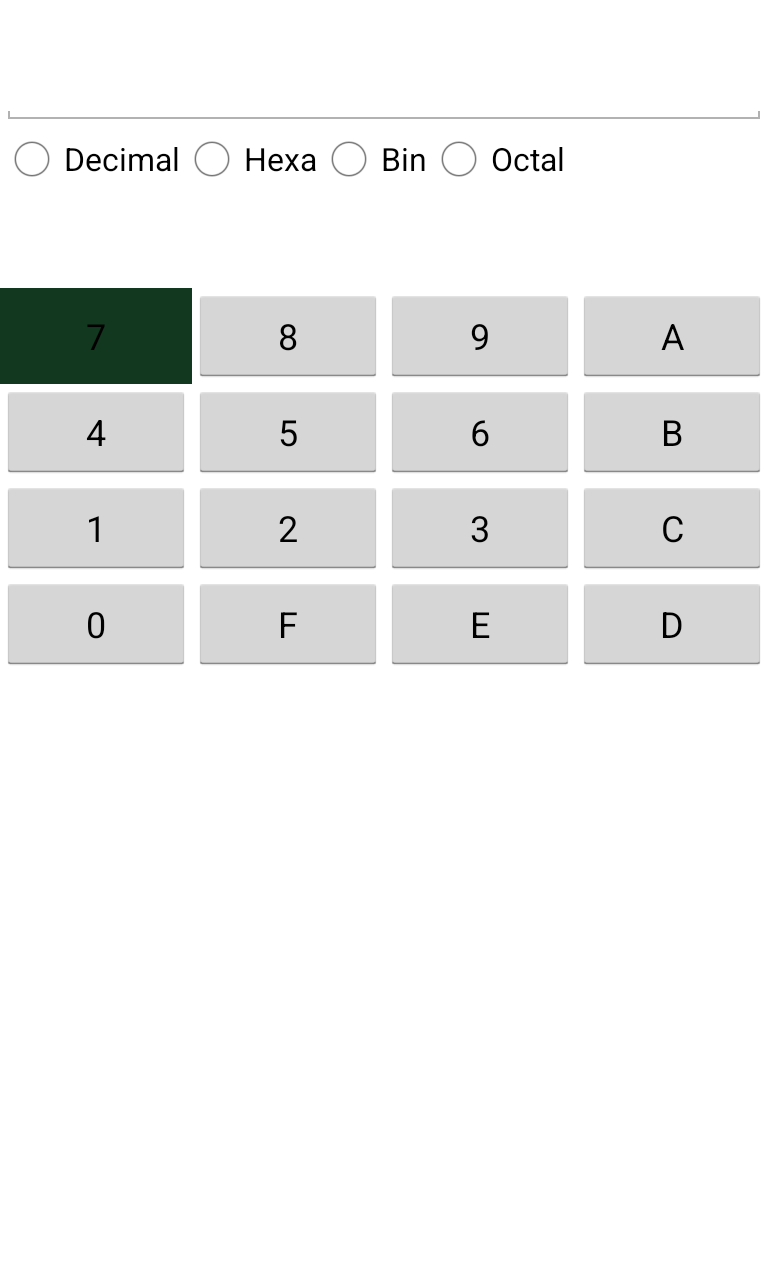
Repository: RamDion/BSIT_Calculator
Layout: CcsCalcu/res/layout/activity_calculator.xml
The author's editor kept a copy of each file at every save. The layout is drawn from the files as they stood at one save, then again after the next save.
It is drawn on a 768 x 1280 px phone screen (xhdpi) without system bars, with theme AppTheme; the app's code is not run.

Above is the layout before, as saved 2014-09-04 05:27:55.

### CcsCalcu/res/layout/activity_calculator.xml
    <TableLayout
        xmlns:android="http://schemas.android.com/apk/res/android"
    	xmlns:tools="http://schemas.android.com/tools"
        android:layout_width="fill_parent"
        android:layout_height="fill_parent"
        android:layout_alignParentLeft="true"
        android:layout_alignParentTop="true"
        android:layout_alignParentRight="true"
        android:layout_alignParentBottom="true"
    tools:context="com.example.android_calc.MainActivity">

        <TableRow
            android:id="@+id/tableRow1"
            android:layout_width="fill_parent"
            android:layout_height="wrap_content"
             >

            <EditText
                android:id="@+id/calc_screen"
                android:layout_weight="1"
                android:layout_width="0dip"
                android:layout_height="wrap_content"
                android:textSize="36sp"
                android:inputType="none" >

            </EditText>

        </TableRow>

        <TableRow
            android:id="@+id/tableRow10"
            android:layout_width="fill_parent"
            android:layout_height="wrap_content"
             >
<RadioButton
             android:id="@+id/radioButton1"
             android:layout_width="wrap_content"
             android:layout_height="wrap_content"
             android:text="Decimal" />

<RadioButton
             android:id="@+id/radioButton2"
             android:layout_width="wrap_content"
             android:layout_height="wrap_content"
             android:text="Hexa" />
<RadioButton
             android:id="@+id/radioButton3"
             android:layout_width="wrap_content"
             android:layout_height="wrap_content"
             android:text="Bin" />
<RadioButton
             android:id="@+id/radioButton4"
             android:layout_width="wrap_content"
             android:layout_height="wrap_content"
             android:text="Octal" />

        </TableRow>

        <TableRow>
             <TextView
                android:id="@+id/result"
                android:layout_weight="1"
                android:layout_width="0dip"
                android:layout_height="wrap_content"
                android:textSize="36sp"
                android:inputType="none" >

            </TextView>
        </TableRow>



        <TableRow
            android:id="@+id/tableRow2"
            android:layout_width="fill_parent"
            android:layout_height="wrap_content" >

            <Button
                android:id="@+id/seven"
                android:background="#123820"
                android:layout_width="0dip"
                android:layout_weight="0.25"
                android:layout_height="wrap_content"
                android:text="@string/seven" />

            <Button
                android:id="@+id/eight"
                android:layout_width="0dip"
                android:layout_weight="0.25"
                android:layout_height="wrap_content"
                android:text="@string/eight" />

            <Button
                android:id="@+id/nine"
                android:layout_width="0dip"
                android:layout_weight="0.25"
                android:layout_height="wrap_content"
                android:text="@string/nine" />

            <Button
                android:id="@+id/a"
                android:layout_width="0dip"
                android:layout_weight="0.25"
                android:layout_height="wrap_content"
                android:text="@string/a" />

        </TableRow>

        <TableRow
            android:id="@+id/tableRow3"
            android:layout_width="fill_parent"
            android:layout_height="wrap_content" >
             <Button
                android:id="@+id/four"
                android:layout_width="0dip"
                android:layout_weight="0.25"
                android:layout_height="wrap_content"
                android:text="@string/four" />

            <Button
                android:id="@+id/five"
                android:layout_width="0dip"
                android:layout_weight="0.25"
                android:layout_height="wrap_content"
                android:text="@string/five" />

            <Button
                android:id="@+id/six"
                android:layout_width="0dip"
                android:layout_weight="0.25"
                android:layout_height="wrap_content"
                android:text="@string/six" />

            <Button
                android:id="@+id/b"
                android:layout_width="0dip"
                android:layout_weight="0.25"
                android:layout_height="wrap_content"
                android:text="@string/b" />


        </TableRow>

        <TableRow
            android:id="@+id/tableRow4"
            android:layout_width="fill_parent"
            android:layout_height="wrap_content" >

            <Button
                android:id="@+id/one"
                android:layout_width="0dip"
                android:layout_weight="0.25"
                android:layout_height="wrap_content"
                android:text="@string/one" />

            <Button
                android:id="@+id/two"
                android:layout_width="0dip"
                android:layout_weight="0.25"
                android:layout_height="wrap_content"
                android:text="@string/two" />

            <Button
                android:id="@+id/three"
                android:layout_width="0dip"
                android:layout_weight="0.25"
                android:layout_height="wrap_content"
                android:text="@string/three" />

            <Button
                android:id="@+id/c"
                android:layout_width="0dip"
                android:layout_weight="0.25"
                android:layout_height="wrap_content"
                android:text="@string/c" />
        </TableRow>

         <TableRow
            android:id="@+id/tableRow5"
            android:layout_width="fill_parent"
            android:layout_height="wrap_content" >

            <Button
                android:id="@+id/zero"
                android:layout_width="0dip"
                android:layout_weight="0.25"
                android:layout_height="wrap_content"
                android:text="@string/zero" />

            <Button
                android:id="@+id/f"
                android:layout_width="0dip"
                android:layout_weight="0.25"
                android:layout_height="wrap_content"
                android:text="@string/f" />

            <Button
                android:id="@+id/e"
                android:layout_width="0dip"
                android:layout_weight="0.25"
                android:layout_height="wrap_content"
                android:text="@string/e" />

            <Button
                android:id="@+id/d"
                android:layout_width="0dip"
                android:layout_weight="0.25"
                android:layout_height="wrap_content"
                android:text="@string/d" />
        </TableRow>



    </TableLayout>

### CcsCalcu/res/values/strings.xml
<?xml version="1.0" encoding="utf-8"?>
<resources>

    <string name="app_name">CcsCalcu</string>
    <string name="action_settings">Settings</string>
    <string name="hello_world">BSIT</string>
    <string name="calcu">Calculator</string>
    <string name="title_activity_calculator">Calculator</string>
    <string name="clr">CLEAR</string>
    <string name="zero">0</string>
    <string name="one">1</string>
    <string name="two">2</string>
    <string name="three">3</string>
    <string name="four">4</string>
    <string name="five">5</string>
    <string name="six">6</string>
    <string name="seven">7</string>
    <string name="eight">8</string>
    <string name="nine">9</string>
    <string name="a">A</string>
    <string name="b">B</string>
    <string name="c">C</string>
    <string name="d">D</string>
    <string name="e">E</string>
    <string name="f">F</string>
    <string name="binary">Binary</string>
    <string name="octal">Octal</string>
    <string name="decimal">Decimal</string>
    <string name="hexa">Hexadecimal</string>
    <string name="title_activity_egapos">EGapos</string>

</resources>

Loaded but not shown: CcsCalcu/res/values/styles.xml (common file); CcsCalcu/res/values-v11/styles.xml (common file); CcsCalcu/res/values-v14/styles.xml (common file)

After the next save:
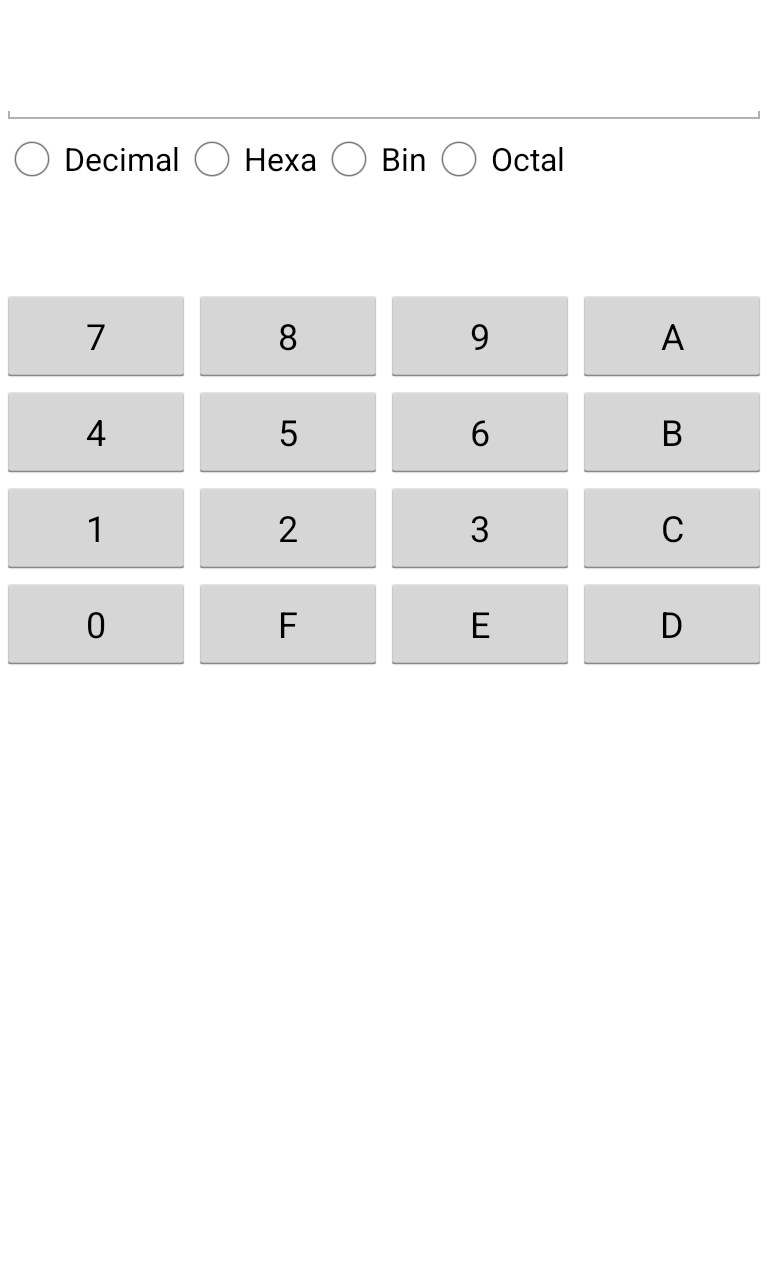
Saved 75 s later.
--- a/CcsCalcu/res/layout/activity_calculator.xml
+++ b/CcsCalcu/res/layout/activity_calculator.xml
@@ -77,7 +77,6 @@
 
             <Button
                 android:id="@+id/seven"
-                android:background="#123820"
                 android:layout_width="0dip"
                 android:layout_weight="0.25"
                 android:layout_height="wrap_content"
